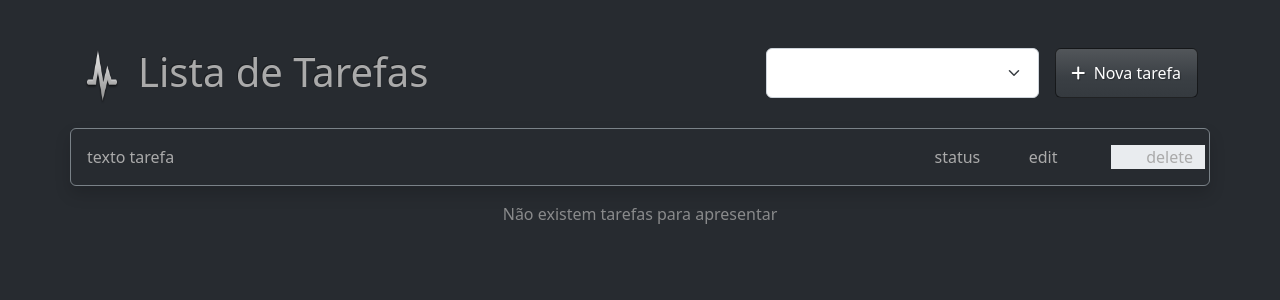
Repository: cargugati/lista_tarefas
Page: frontEnd/index.html
These files come from the project's save history. The page is drawn as it stood at one moment and after a run of saves; the edit follows.
The browser window is 1280 px wide. The pictures show the whole page.

Above is the page before, as saved 2023-03-18 21:03:58.

### frontEnd/index.html
<!DOCTYPE html>
<html lang="pt-br">

<head>
  <meta charset="UTF-8">
  <meta http-equiv="X-UA-Compatible" content="IE=edge">
  <meta name="viewport" content="width=device-width, initial-scale=1.0">
  <title>Lista de Tarefas</title>
  <link rel="stylesheet" href="./assets/css/bootstrap.min.css">
  <link rel="stylesheet" href="./assets/fontawesome/css/all.min.css">
  <link rel="shortcut icon" href="./assets/images/favicon.png" type="image/png">
</head>

<body>
  <div class="container my-5">

    <!-- cabeçalho -->
    <div class="row mb-4">
      <div class="col">
        <div class="d-flex justify-content-start">
          <img src="./assets/images/favicon.png" alt="Logo" class="img-fluid me-3" width="40px">
          <h1>Lista de Tarefas</h1>
        </div>

      </div>
      <div class="col text-end">
        <div class="d-flex justify-content-end">
          <select id="select_filter" class="form-select w-50 me-3">
            <option value=""></option>
            <option value="1">1</option>
          </select>
          <a href="new_task.html" class="btn btn-primary"><i class="fa-solid fa-plus me-2"></i>Nova tarefa</a>
        </div>
      </div>
    </div>

    <!-- aspecto visual de uma tarefa -->
    <div class="row mb-3">
      <div class="col-12 border border-secondary rounded p-3 shadow">
        <div class="row">
          <div class="col-9">texto tarefa</div>
          <div class="col-1">status</div>
          <div class="col-1">edit</div>
          <div class="col-1 bg-light text-end">delete</div>
        </div>
      </div>
    </div>


    <!-- sem tarefa -->
    <div class="row " id="no_tasks">
      <div class="col text-center">
        <span class="opacity-75">Não existem tarefas para apresentar</span>
      </div>
    </div>
  </div>


  <script src="./assets/js/bootstrap.bundle.min.js"></script>
</body>

</html>

Loaded but not shown: frontEnd/assets/css/bootstrap.min.css (library); frontEnd/assets/fontawesome/css/all.min.css (library); frontEnd/assets/js/bootstrap.bundle.min.js (library)

After the next 2 saves:
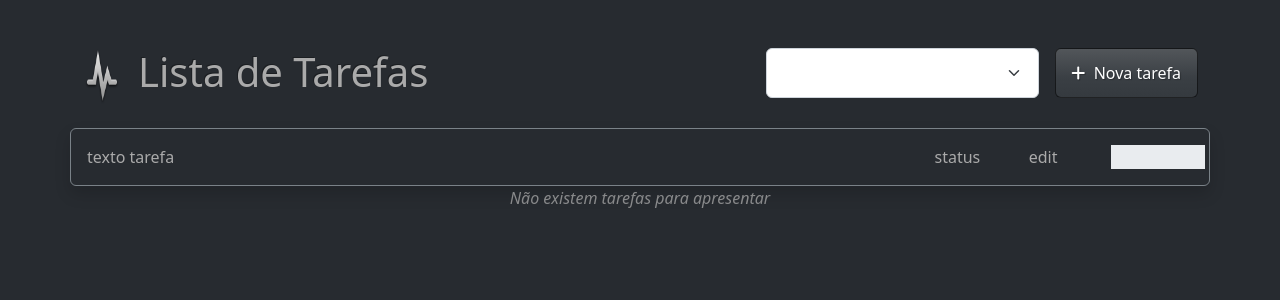
The 2 saves are shown as one change because they came seconds apart.
The last was saved 15 s later.
--- a/frontEnd/index.html
+++ b/frontEnd/index.html
@@ -41,7 +41,7 @@
           <div class="col-9">texto tarefa</div>
           <div class="col-1">status</div>
           <div class="col-1">edit</div>
-          <div class="col-1 bg-light text-end">delete</div>
+          <div class="col-1 bg-light text-end"><i  delete</div>
         </div>
       </div>
     </div>

After the 2 saves that followed:
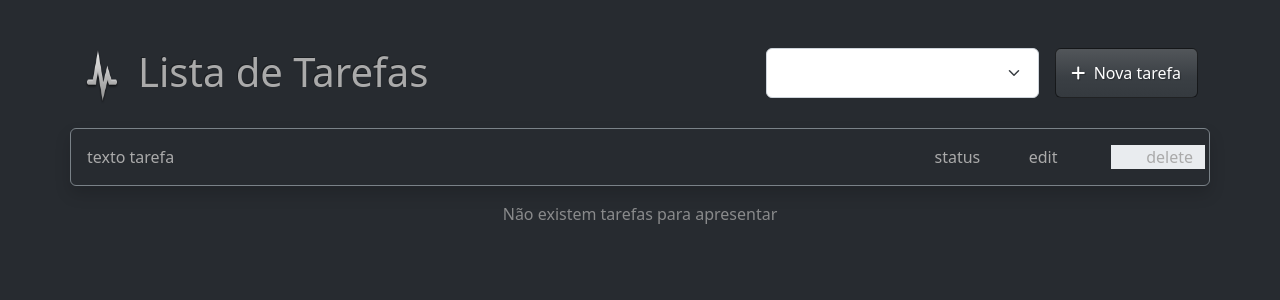
The 2 saves are shown as one change because 1 left the picture as it was.
The last was saved 11 s later.
--- a/frontEnd/index.html
+++ b/frontEnd/index.html
@@ -41,7 +41,7 @@
           <div class="col-9">texto tarefa</div>
           <div class="col-1">status</div>
           <div class="col-1">edit</div>
-          <div class="col-1 bg-light text-end"><i  delete</div>
+          <div class="col-1 bg-light text-end"><i class=""></i>  delete</div>
         </div>
       </div>
     </div>
